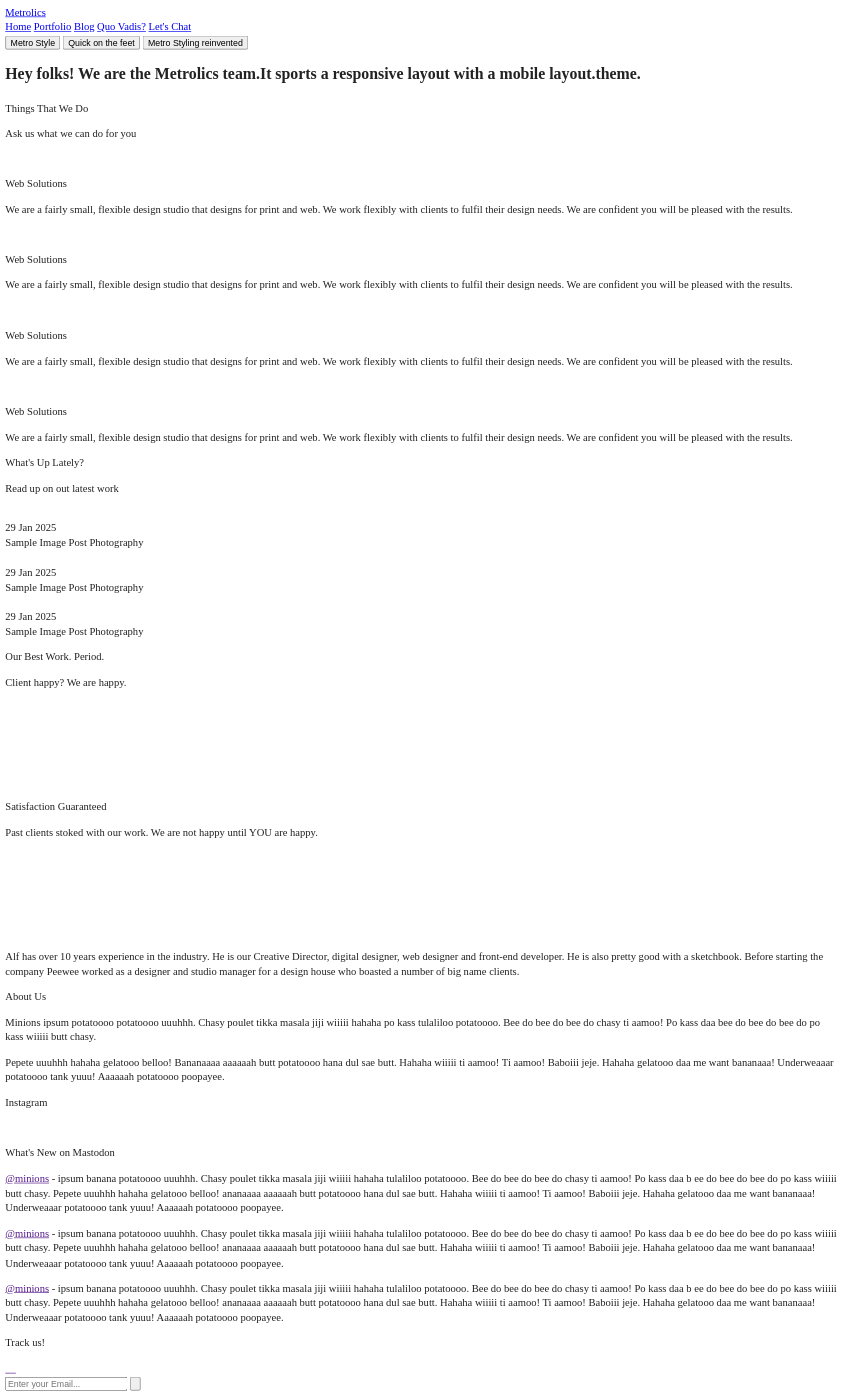
Repository: Angehyy/wk02_site
Page: index.html
An editor plug-in stored every save of this project. The page is shown before and after the next save, followed by the edit.
The browser window is 1280 px wide. The pictures show the whole page, at 66% of full size.

Above is the page before, as saved 2025-01-20 20:52:42.

### index.html
<!doctype html>
<html class="no-js" lang="">

<head>
  <meta charset="utf-8">
  <meta name="viewport" content="width=device-width, initial-scale=1">
  <title>Metrolics</title>
  <link rel="stylesheet" href="css/style.css">
  <meta name="description" content="Learn about Metrolics">

  <meta property="og:title" content="">
  <meta property="og:type" content="">
  <meta property="og:url" content="">
  <meta property="og:image" content="">
  <meta property="og:image:alt" content="">

  <link rel="icon" href="/favicon.ico" sizes="any">
  <link rel="icon" href="/icon.svg" type="image/svg+xml">
  <link rel="apple-touch-icon" href="icon.png">

  <link rel="manifest" href="site.webmanifest">
  <meta name="theme-color" content="#fafafa">
</head>

<body>
  <header>
    <div class="header">
      <a href="#default" class="">Metrolics</a>
      <div class="header-right">
        <a href="#home" class="header-home">Home</a>
        <a href="#portfolio" class="header-portfolio">Portfolio</a>
        <a href="#blog" class="header-blog">Blog</a>
        <a href="#quovadis" class="header-quovalids">Quo Vadis?</a>
        <a href="#chat" class="header-chat">Let's Chat</a>
      </div>
    </div>
  </header>

  <main>
    <div class="img-buttons">
      <button class="button-metro">Metro Style</button>
      <button class="button-quick">Quick on the feet</button>
      <button class="button-reinvented">Metro Styling reinvented</button>
      <img src="" alt="" class="home-banner">
    </div>

    <div class="main-text">
      <h2 class="home-main-text">Hey folks! We are the <span class="highligh">Metrolics</span> team.It sports a responsive layout with a mobile layout.theme.</p>
    </div>

    <section class="section">
      <p class="section-header">Things That We Do</p>
      <p class="section-subheader">Ask us what we can do for you</p>
    </section>

    <div class="web-solutions-container">
      <div class="item">
        <img class="lightbulb" src="" alt="">
        <p class="lightbulb-caption">Web Solutions</p>
        <p class="lightbulb-description">We are a fairly small, flexible design studio that designs for print and web. We work flexibly with clients to fulfil their design needs. We are confident you will be pleased with the results.</p>
      </div>

      <div class="item">
        <img src="" alt="" class="camera">
        <p class="camera-caption">Web Solutions</p>
        <p class="camera-description">We are a fairly small, flexible design studio that designs for print and web. We work flexibly with clients to fulfil their design needs. We are confident you will be pleased with the results.</p>
      </div>

      <div class="item">
        <img src="" alt="" class="touch">
        <p class="touch-caption">Web Solutions</p>
        <p class="touch-description">We are a fairly small, flexible design studio that designs for print and web. We work flexibly with clients to fulfil their design needs. We are confident you will be pleased with the results.</p>
      </div>

      <div class="item">
        <img src="" alt="" class="pencil">
        <p class="pencil-caption">Web Solutions</p>
        <p class="pencil-description">We are a fairly small, flexible design studio that designs for print and web. We work flexibly with clients to fulfil their design needs. We are confident you will be pleased with the results.</p>
      </div>
    </div>

    <section class="section">
      <p class="section-header">What's Up Lately?</p>
      <p class="section-subheader">Read up on out latest work</p>
    </section>

    <div class="flex-container-2">
      <div class="event-1">
        <img src="" alt="" class="event-picture">
        <div class="event-top-right">
          <span class="date-top">29</span>
          <span class="month-bottom">Jan 2025</span>
        </div>
        <div class="event-description">
          <span class="event-bottom-header">Sample Image Post</span>
          <span class="event-bottom-subheader">Photography</span>
        </div>
      </div>
      <div class="">
        <img src="" alt="">
        <div class="event-top-right">
          <span class="date-top">29</span>
          <span class="month-bottom">Jan 2025</span>
        </div>
        <div class="event-description">
          <span class="event-bottom-header">Sample Image Post</span>
          <span class="event-bottom-subheader">Photography</span>
        </div>
      </div>
      <div class="">
        <img src="" alt="">
        <div class="event-top-right">
          <span class="date-top">29</span>
          <span class="month-bottom">Jan 2025</span>
        </div>
        <div class="event-description">
          <span class="event-bottom-header">Sample Image Post</span>
          <span class="event-bottom-subheader">Photography</span>
        </div>
      </div>
    </div>

    <section class="section">
      <p class="section-header">Our Best Work. Period.</p>
      <p class="section-subheader">Client happy? We are happy.</p>
    </section>

   <div class="gallary-container">
      <div class="gallary">
        <img src="" alt="" class="gallary">
      </div>
      <div class="gallary">
        <img src="" alt="" class="gallary">
      </div>
      <div class="gallary">
        <img src="" alt="" class="gallary">
      </div>
      <div class="gallary">
        <img src="" alt="" class="gallary">
      </div>
      <div class="gallary">
        <img src="" alt="" class="gallary">
      </div>
      <div class="gallary">
        <img src="" alt="" class="gallary">
      </div>
    </div>

    <section class="section">
      <p class="section-header">Satisfaction Guaranteed</p>
      <p class="section-subheader">Past clients stoked with our work. We are not happy until YOU are happy.</p>
    </section>

    <div class="client-container">
      <div class="client" id="kirita">
        <span class="client-rectangle">
          <img src="" alt="" class="client-logo">
        </span>
      </div>
      <div class="client" id="inkscape">
        <span class="client-rectangle">
          <img src="" alt="" class="client-logo">
        </span>
      </div>
      <div class="client" id="godot">
        <span class="client-rectangle">
          <img src="" alt="" class="client-logo">
        </span>
      </div>
      <div class="client" id="blender">
        <span class="client-rectangle">
          <img src="" alt="" class="client-logo">
        </span>
      </div>
      <div class="client" id="penpot">
        <span class="client-rectangle">
          <img src="" alt="" class="client-logo">
        </span>
      </div>
    </div>

  </main>

  <footer class="footer">
    <section class="profile">
      <span class="profile">
        <img src="" alt="" class="profile-pic">
        <p class="profile-bio">Alf has over 10 years experience in the industry. He is our Creative Director, digital designer, web designer and front-end developer. He is also pretty good with a sketchbook. Before starting the company Peewee worked as a designer and studio manager for a design house who boasted a number of big name clients.</p>
      </span>
    </section>
    <div class="about-us">
      <p class="footer-subheader">About Us</p>
      <p class="footer-text">Minions ipsum potatoooo potatoooo uuuhhh. Chasy poulet tikka masala jiji wiiiii hahaha po kass tulaliloo potatoooo. Bee do bee do bee do chasy ti aamoo! Po kass daa bee do bee do bee do po kass wiiiii butt chasy.</p>

      <p class="footer-text">Pepete uuuhhh hahaha gelatooo belloo! Bananaaaa aaaaaah butt potatoooo hana dul sae butt. Hahaha wiiiii ti aamoo! Ti aamoo! Baboiii jeje. Hahaha gelatooo daa me want bananaaa! Underweaaar potatoooo tank yuuu! Aaaaaah potatoooo poopayee. </p>
    </div>
    <div class="instagram">
      <p class="footer-subheader">Instagram</p>
      <img src="" alt="" class="insta-post">
      <img src="" alt="" class="insta-post">
      <img src="" alt="" class="insta-post">
      <img src="" alt=""class="insta-post">
      <img src="" alt=""class="insta-post">
      <img src="" alt=""class="insta-post">
      <img src="" alt=""class="insta-post">
      <img src="" alt=""class="insta-post">
    </div>

    <div class="mastodon">
      <p class="footer-subheader">What's New on Mastodon</p>
      <p class="footer-text"><a href="" class="mention">@minions</a> - ipsum banana potatoooo uuuhhh. Chasy poulet tikka masala jiji wiiiii hahaha tulaliloo potatoooo. Bee do bee do bee do chasy ti aamoo! Po kass daa b ee do bee do bee do po kass wiiiii butt chasy. Pepete uuuhhh hahaha gelatooo belloo! ananaaaa aaaaaah butt potatoooo hana dul sae butt. Hahaha wiiiii ti aamoo! Ti aamoo! Baboiii jeje. Hahaha gelatooo daa me want bananaaa! Underweaaar potatoooo tank yuuu! Aaaaaah potatoooo poopayee. </p>
      <p class="footer-text"><a href="" class="mention">@minions</a> - ipsum banana potatoooo uuuhhh. Chasy poulet tikka masala jiji wiiiii hahaha tulaliloo potatoooo. Bee do bee do bee do chasy ti aamoo! Po kass daa b ee do bee do bee do po kass wiiiii butt chasy. Pepete uuuhhh hahaha gelatooo belloo! ananaaaa aaaaaah butt potatoooo hana dul sae butt. Hahaha wiiiii ti aamoo! Ti aamoo! Baboiii jeje. Hahaha gelatooo daa me want bananaaa! Underweaaar potatoooo tank yuuu! Aaaaaah potatoooo poopayee. </p>
      <p class="footer-text"><a href="" class="mention">@minions</a> - ipsum banana potatoooo uuuhhh. Chasy poulet tikka masala jiji wiiiii hahaha tulaliloo potatoooo. Bee do bee do bee do chasy ti aamoo! Po kass daa b ee do bee do bee do po kass wiiiii butt chasy. Pepete uuuhhh hahaha gelatooo belloo! ananaaaa aaaaaah butt potatoooo hana dul sae butt. Hahaha wiiiii ti aamoo! Ti aamoo! Baboiii jeje. Hahaha gelatooo daa me want bananaaa! Underweaaar potatoooo tank yuuu! Aaaaaah potatoooo poopayee. </p>
    </div>

    <div class="track-us">
      <p class="footer-subheader">Track us!</p>
      <a href="" class="blue">
        <img src="" alt="" class="socials-icon">
      </a>
      <a href="" class="red">
        <img src="" alt="" class="socials-icon">
      </a>

      <a href="" class="light-blue">
        <img src="" alt="" class="socials-icon">
      </a>

      <a href="" class="pink">
        <img src="" alt="" class="socials-icon">
      </a>

      <a href="" class="yellow">
        <img src="" alt="" class="socials-icon">
      </a>

      <form class="email-form" method="post">
        <input class="email-textbox" type="email" id="email" placeholder="Enter your Email...">
        <button class="sumbit-button" type="submit"><img class="paper-plane" src="" alt=""></button>
      </form>
    </div>

  </footer>

  <script src="js/app.js"></script>

</body>

</html>

### css/style.css
/*! HTML5 Boilerplate v9.0.1 | MIT License | https://html5boilerplate.com/ */

/* main.css 3.0.0 | MIT License | https://github.com/h5bp/main.css#readme */
/*
 * What follows is the result of much research on cross-browser styling.
 * Credit left inline and big thanks to Nicolas Gallagher, Jonathan Neal,
 * Kroc Camen, and the H5BP dev community and team.
 */

/* ==========================================================================
   Base styles: opinionated defaults
   ========================================================================== */

html {
  color: #222;
  font-size: 1em;
  line-height: 1.4;
}

/*
 * Remove text-shadow in selection highlight:
 * https://twitter.com/miketaylr/status/12228805301
 *
 * Customize the background color to match your design.
 */

::-moz-selection {
  background: #b3d4fc;
  text-shadow: none;
}

::selection {
  background: #b3d4fc;
  text-shadow: none;
}

/*
 * A better looking default horizontal rule
 */

hr {
  display: block;
  height: 1px;
  border: 0;
  border-top: 1px solid #ccc;
  margin: 1em 0;
  padding: 0;
}

/*
 * Remove the gap between audio, canvas, iframes,
 * images, videos and the bottom of their containers:
 * https://github.com/h5bp/html5-boilerplate/issues/440
 */

audio,
canvas,
iframe,
img,
svg,
video {
  vertical-align: middle;
}

/*
 * Remove default fieldset styles.
 */

fieldset {
  border: 0;
  margin: 0;
  padding: 0;
}

/*
 * Allow only vertical resizing of textareas.
 */

textarea {
  resize: vertical;
}

/* ==========================================================================
   Author's custom styles
   ========================================================================== */

/* ==========================================================================
   Helper classes
   ========================================================================== */

/*
 * Hide visually and from screen readers
 */

.hidden,
[hidden] {
  display: none !important;
}

/*
 * Hide only visually, but have it available for screen readers:
 * https://snook.ca/archives/html_and_css/hiding-content-for-accessibility
 *
 * 1. For long content, line feeds are not interpreted as spaces and small width
 *    causes content to wrap 1 word per line:
 *    https://medium.com/@jessebeach/beware-smushed-off-screen-accessible-text-5952a4c2cbfe
 */

.visually-hidden {
  border: 0;
  clip: rect(0, 0, 0, 0);
  height: 1px;
  margin: -1px;
  overflow: hidden;
  padding: 0;
  position: absolute;
  white-space: nowrap;
  width: 1px;
  /* 1 */
}

/*
 * Extends the .visually-hidden class to allow the element
 * to be focusable when navigated to via the keyboard:
 * https://www.drupal.org/node/897638
 */

.visually-hidden.focusable:active,
.visually-hidden.focusable:focus {
  clip: auto;
  height: auto;
  margin: 0;
  overflow: visible;
  position: static;
  white-space: inherit;
  width: auto;
}

/*
 * Hide visually and from screen readers, but maintain layout
 */

.invisible {
  visibility: hidden;
}

/*
 * Clearfix: contain floats
 *
 * The use of `table` rather than `block` is only necessary if using
 * `::before` to contain the top-margins of child elements.
 */

.clearfix::before,
.clearfix::after {
  content: "";
  display: table;
}

.clearfix::after {
  clear: both;
}

/* ==========================================================================
   EXAMPLE Media Queries for Responsive Design.
   These examples override the primary ('mobile first') styles.
   Modify as content requires.
   ========================================================================== */

@media only screen and (min-width: 35em) {
  /* Style adjustments for viewports that meet the condition */
}

@media print,
  (-webkit-min-device-pixel-ratio: 1.25),
  (min-resolution: 1.25dppx),
  (min-resolution: 120dpi) {
  /* Style adjustments for high resolution devices */
}

/* ==========================================================================
   Print styles.
   Inlined to avoid the additional HTTP request:
   https://www.phpied.com/delay-loading-your-print-css/
   ========================================================================== */

@media print {
  *,
  *::before,
  *::after {
    background: #fff !important;
    color: #000 !important;
    /* Black prints faster */
    box-shadow: none !important;
    text-shadow: none !important;
  }

  a,
  a:visited {
    text-decoration: underline;
  }

  a[href]::after {
    content: " (" attr(href) ")";
  }

  abbr[title]::after {
    content: " (" attr(title) ")";
  }

  /*
   * Don't show links that are fragment identifiers,
   * or use the `javascript:` pseudo protocol
   */
  a[href^="#"]::after,
  a[href^="javascript:"]::after {
    content: "";
  }

  pre {
    white-space: pre-wrap !important;
  }

  pre,
  blockquote {
    border: 1px solid #999;
    page-break-inside: avoid;
  }

  tr,
  img {
    page-break-inside: avoid;
  }

  p,
  h2,
  h3 {
    orphans: 3;
    widows: 3;
  }

  h2,
  h3 {
    page-break-after: avoid;
  }
}

Loaded but not shown: js/app.js (no stored copy; drawn as an empty file)

After the next save:
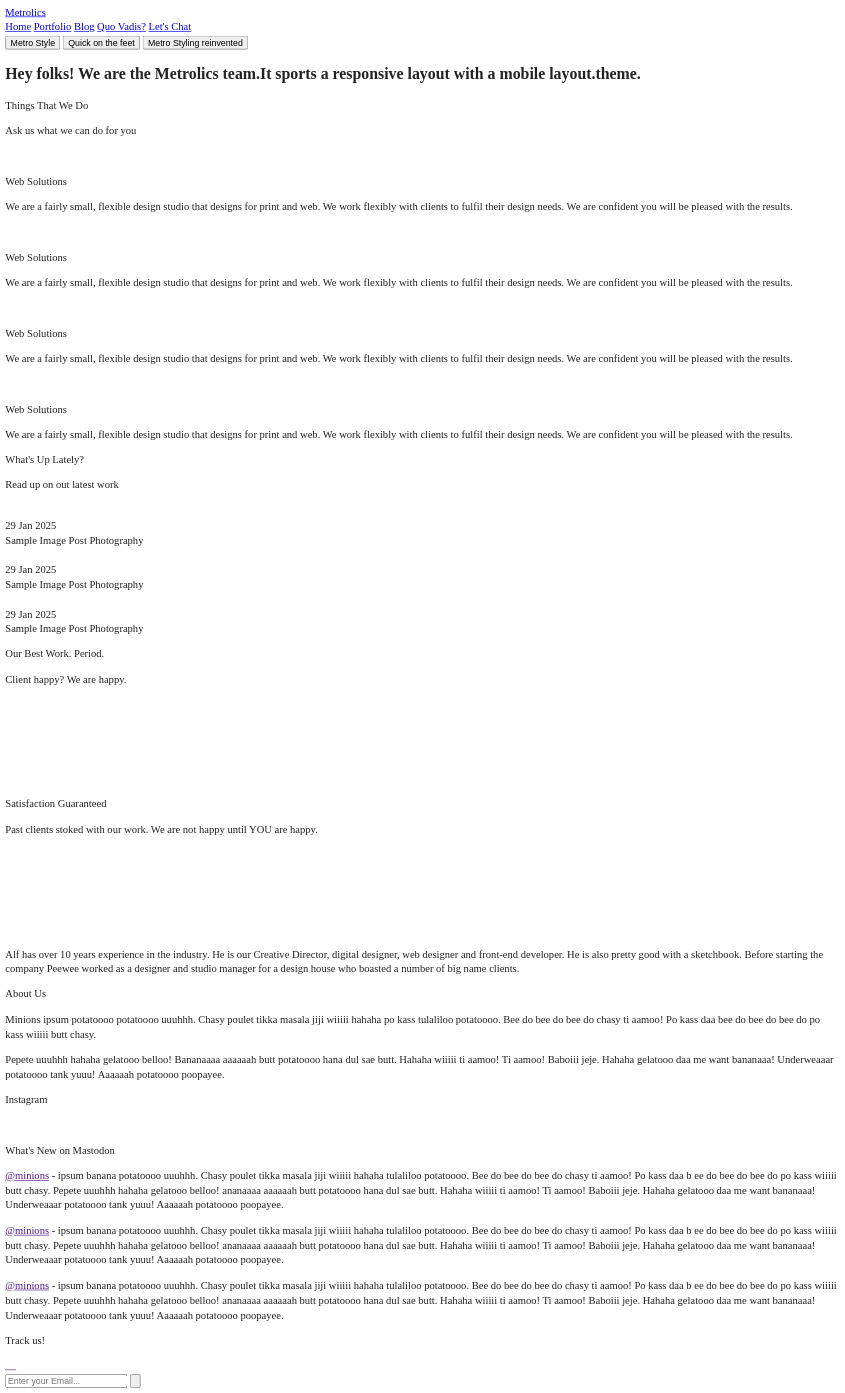
Saved 10 s later.
--- a/index.html
+++ b/index.html
@@ -45,7 +45,7 @@
     </div>
 
     <div class="main-text">
-      <h2 class="home-main-text">Hey folks! We are the <span class="highligh">Metrolics</span> team.It sports a responsive layout with a mobile layout.theme.</p>
+      <h2 class="home-main-text">Hey folks! We are the <span class="highligh">Metrolics</span> team.It sports a responsive layout with a mobile layout.theme.</h2>
     </div>
 
     <section class="section">
